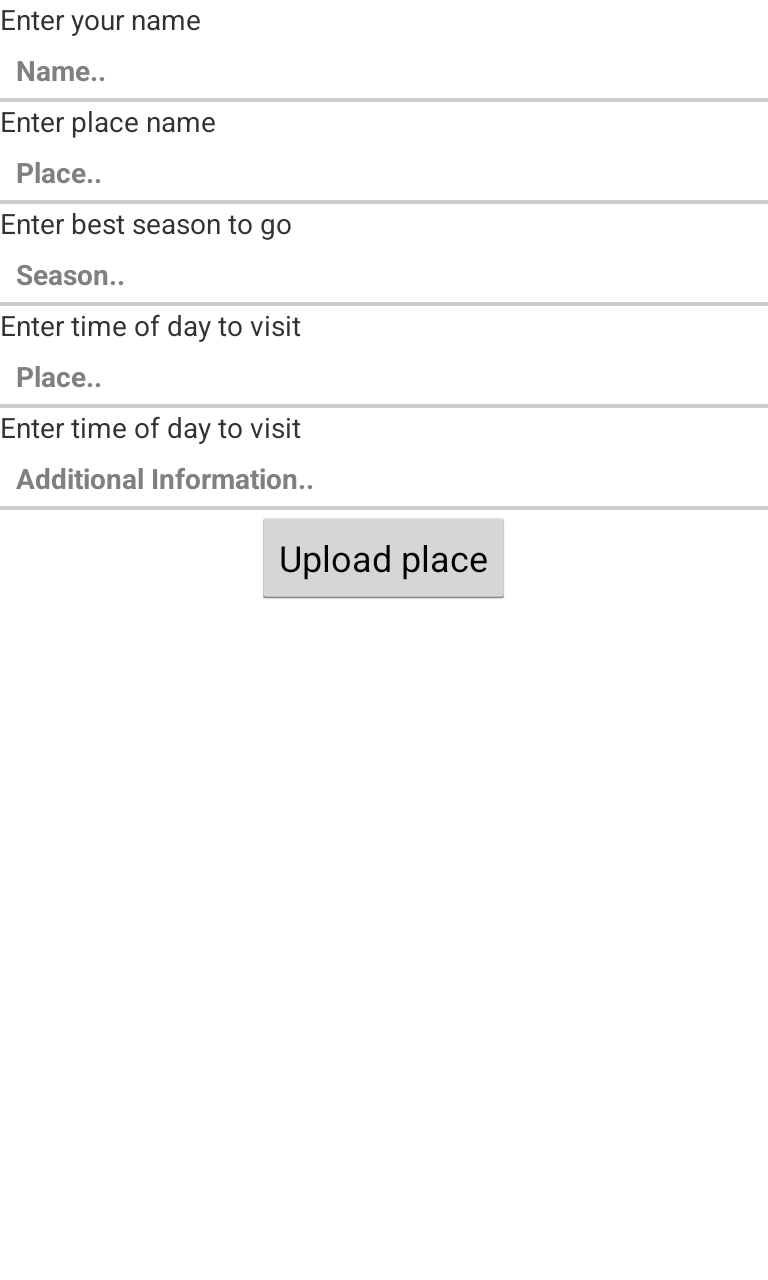
Repository: sandeshshetty/TravelZeus
Layout: TravelZeus/res/layout/fragment_insert_info.xml
An editor plug-in stored every save of this project. The layout is shown before and after the next save, followed by the edit.
It is drawn on a 768 x 1280 px phone screen (xhdpi) without system bars, with theme AppTheme; the app's code is not run.

Above is the layout before, as saved 2015-05-16 17:35:26.

### TravelZeus/res/layout/fragment_insert_info.xml
<?xml version="1.0" encoding="utf-8"?>
<LinearLayout xmlns:android="http://schemas.android.com/apk/res/android"
    android:layout_width="match_parent"
    android:layout_height="match_parent"
    android:orientation="vertical">

    <TextView
        android:layout_width="match_parent"
        android:layout_height="wrap_content"
        android:text="Enter your name" />

    <EditText
        android:id="@+id/userInputName"
        android:layout_height="wrap_content"
    	android:layout_width="match_parent"
    	android:hint="Name.."
    	style="?android:listSeparatorTextViewStyle" />

    <TextView
        android:layout_width="match_parent"
        android:layout_height="wrap_content"
        android:text="Enter place name" />

    <EditText
        android:id="@+id/userInputPlace"
        android:layout_height="wrap_content"
    	android:layout_width="match_parent"
    	android:hint="Place.."
    	style="?android:listSeparatorTextViewStyle" />

    <TextView
        android:layout_width="match_parent"
        android:layout_height="wrap_content"
        android:text="Enter best season to go" />

    <EditText
        android:id="@+id/userInputSeason"
        android:layout_height="wrap_content"
    	android:layout_width="match_parent"
    	android:hint="Season.."
    	style="?android:listSeparatorTextViewStyle" />

    <TextView
        android:layout_width="match_parent"
        android:layout_height="wrap_content"
        android:text="Enter time of day to visit" />

    <EditText
        android:id="@+id/userInputTime"
        android:layout_height="wrap_content"
    	android:layout_width="match_parent"
    	android:hint="Place.."
    	style="?android:listSeparatorTextViewStyle" />

    <TextView
        android:layout_width="match_parent"
        android:layout_height="wrap_content"
        android:text="Enter time of day to visit" />

    <EditText
        android:id="@+id/userComments"
        android:layout_height="wrap_content"
    	android:layout_width="match_parent"
    	android:hint="Additional Information.."
    	style="?android:listSeparatorTextViewStyle" />

     <Button
        android:id="@+id/userInputUpload"
        android:layout_width="wrap_content"
        android:layout_height="wrap_content"
       	android:layout_gravity="center_horizontal"
       	android:text="Upload place" />

</LinearLayout>

Loaded but not shown: TravelZeus/res/values/styles.xml (common file); TravelZeus/res/values-v11/styles.xml (common file); TravelZeus/res/values-v14/styles.xml (common file)

After the next save:
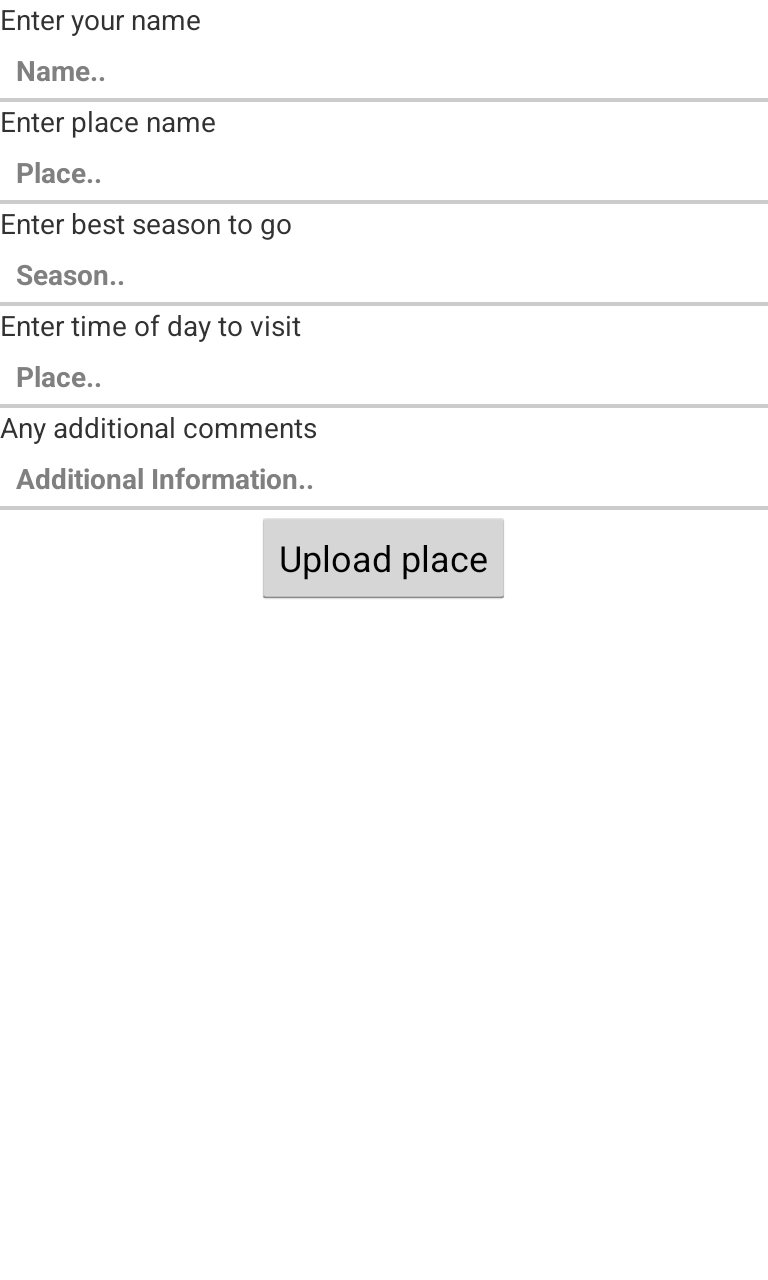
Saved 18 s later.
--- a/TravelZeus/res/layout/fragment_insert_info.xml
+++ b/TravelZeus/res/layout/fragment_insert_info.xml
@@ -55,7 +55,7 @@
     <TextView
         android:layout_width="match_parent"
         android:layout_height="wrap_content"
-        android:text="Enter time of day to visit" />
+        android:text="Any additional comments" />
 
     <EditText
         android:id="@+id/userComments"
